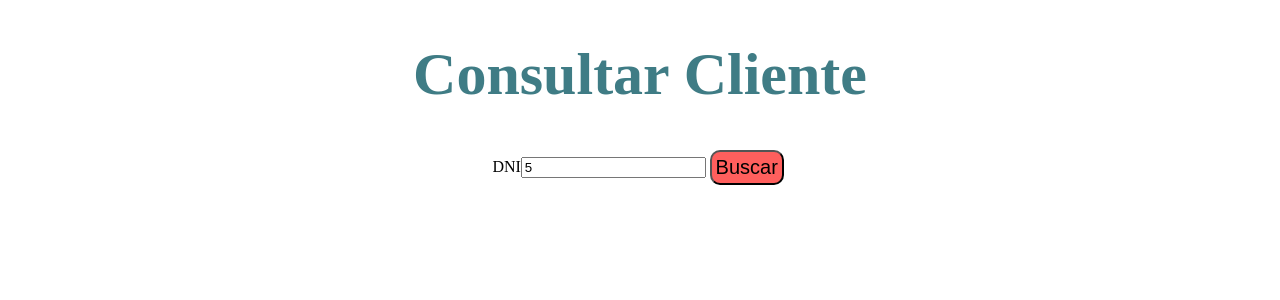
Repository: MCamilaM/app-web-register
Page: http://localhost/consultClient
The author's editor kept a record of every edit. The page is drawn from the files as they stood at one moment, then again after the next edit.
The browser window is 1280 px wide. The pictures show the whole page.
Empty fields were first filled with sample values (such as "Sample", 5 or name@example.com).
After loading, the first visible `button` was clicked once.
The page is served by the project's application, run on Flask 3 (server.py). Queries for data that is not in the repository find no rows.

Above is the page before.

After the next edit:
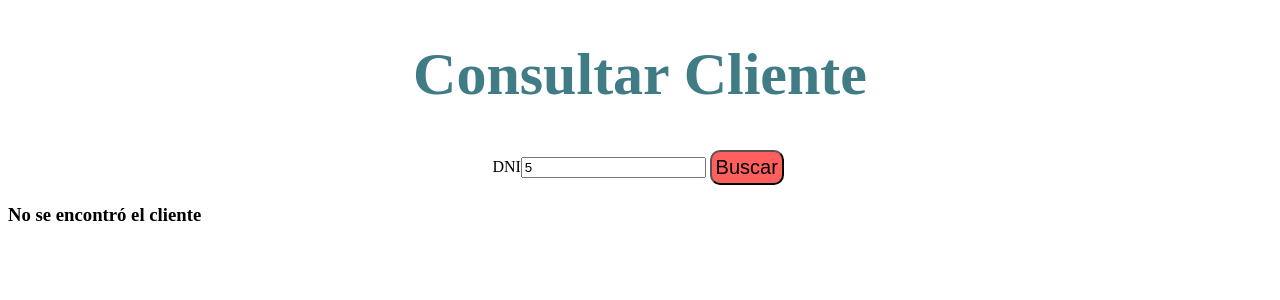
The edit:
--- a/static/js/appConsult.js
+++ b/static/js/appConsult.js
@@ -14,7 +14,7 @@
     .then(resp => resp.json())
     .then(data => {
         if (data.error) {
-            alert(data.error);
+            displayNotFoundClient(data.error);
         } else {
             console.log(data)
             displayClientInfo(data);
